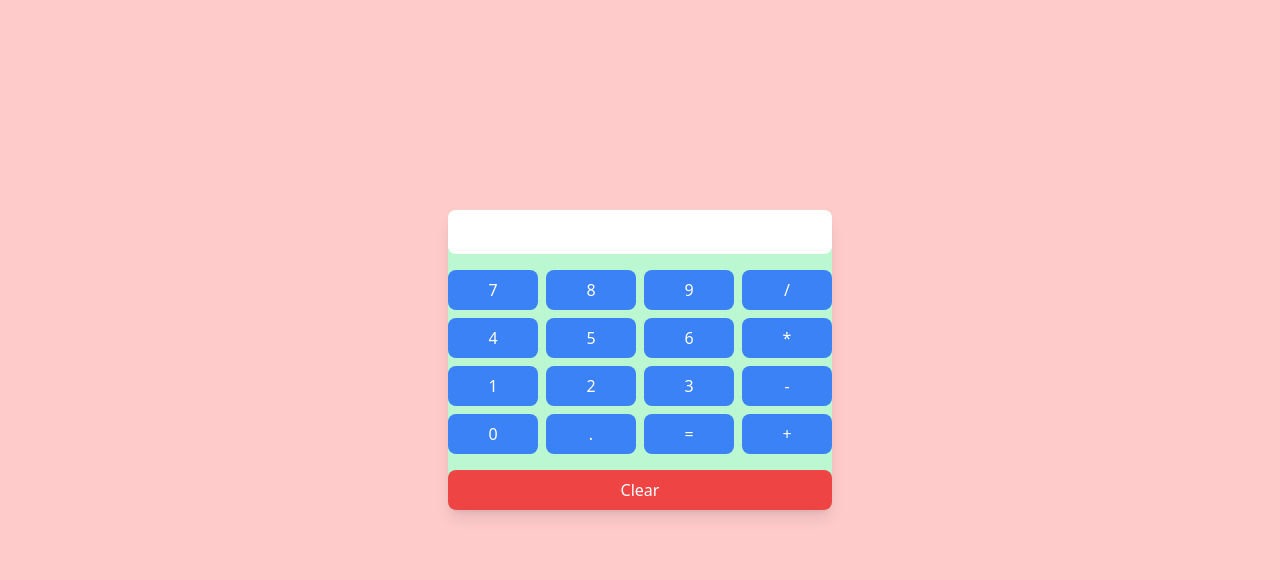
Repository: Sirinegaddour11/Calculator-App
Page: /
These files come from the project's save history. The page is drawn as it stood at one moment and after a run of saves; the edit follows.
The browser window is 1280 px wide. The pictures show the whole page.
The project was rebuilt for these pictures with package versions that can differ from the ones it lists, and the page was loaded fresh each time. The framework's server and built-in components were replaced by stand-ins that run in the browser. Also part of the build but not shown: next.config.mjs.

Above is the page before, as saved 2024-09-16 15:07:19.

After the next 4 saves:
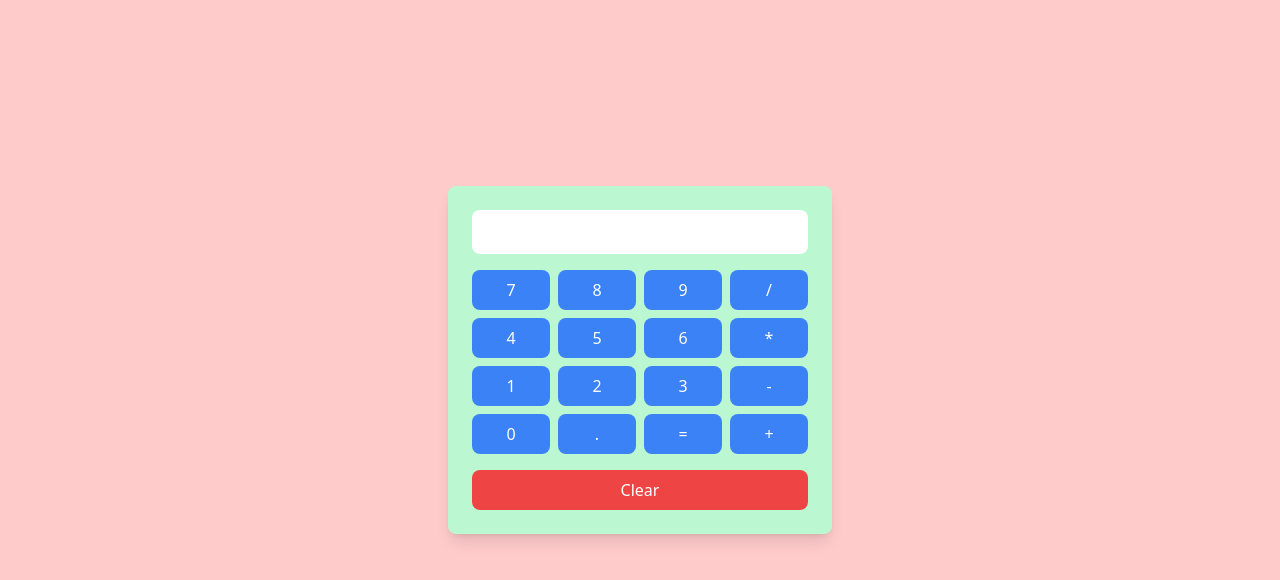
The 4 saves are shown as one change because they came seconds apart.
The last was saved 26 s later.
--- a/components/calculator.tsx
+++ b/components/calculator.tsx
@@ -18,7 +18,7 @@ const Calculator: React.FC = () => {
   }
   return (
     <div className=" flex justify-center items-center h-screen">
-      <div className="w-96 bg-green-200 rounded-lg shadow-lg ">
+      <div className="w-96 bg-green-200 rounded-lg shadow-lg p-6 ">
         <input
           type="text"
           className="w-full mb-4 p-2 text-xl text-right bg-white rounded-lg"
